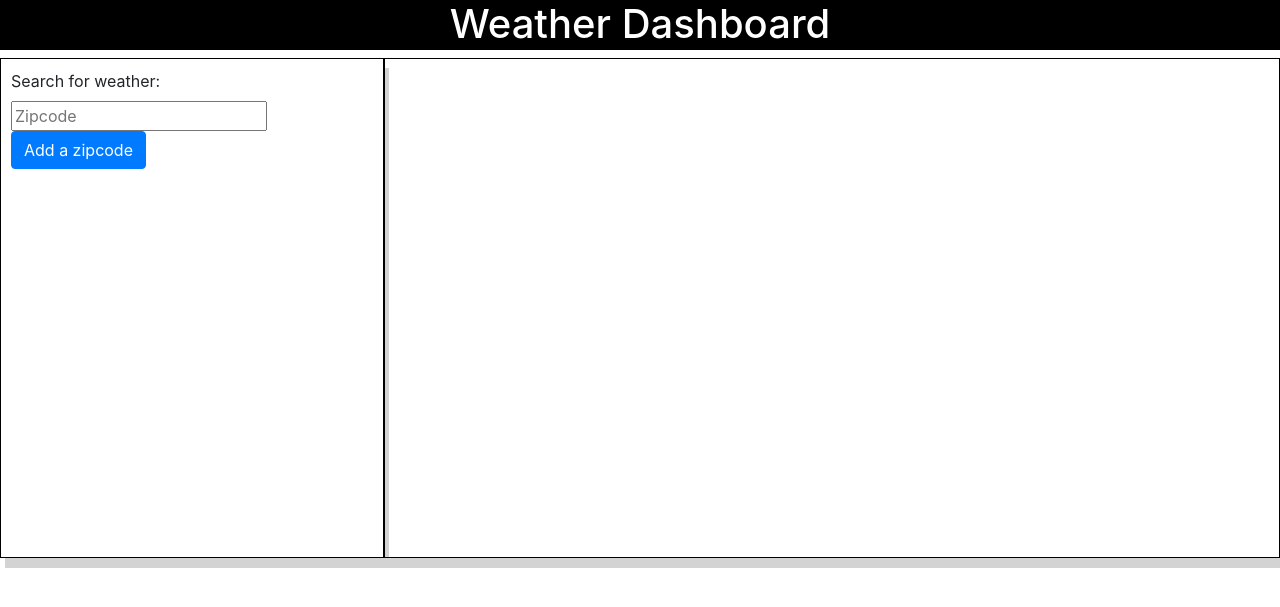
Repository: s88leigh/Weather-Dashboard
Page: index.html
These files come from the project's save history. The page is drawn as it stood at one moment and after the next save; the edit follows.
The browser window is 1280 px wide. The pictures show the whole page.

Above is the page before, as saved 2019-10-30 20:34:18.
Not found: app.js

### index.html
<!DOCTYPE html>
<html lang="en">
<head>
    <meta charset="UTF-8">
    <meta name="viewport" content="width=device-width, initial-scale=1.0">
    <meta http-equiv="X-UA-Compatible" content="ie=edge">
    <link rel="stylesheet" href="https://stackpath.bootstrapcdn.com/bootstrap/4.3.1/css/bootstrap.min.css" integrity="sha384-ggOyR0iXCbMQv3Xipma34MD+dH/1fQ784/j6cY/iJTQUOhcWr7x9JvoRxT2MZw1T" crossorigin="anonymous">
    <link rel="stylesheet" href="style.css">
    <title>Weather Dashboard</title>
</head>
<body>

    <div id="box">
        <h1>Weather Dashboard</h1>
    </div>

    <div id="left-box">
        <form id="weather-form">
            <label for="weather-input">Search for weather:</label>
            <br>
            <input type="text" id="movie-input" placeholder="Zipcode">

            <!-- Button will trigger new zipcode to be added -->
            <input id="add zipcode" class="btn btn-primary mb-2" type="submit" value="Add a zipcode">
        </form>

        <div id="zipcode-view"></div>
    </div>

    <div id="right-box">
        <!-- New city info will go here -->
        <div id="city-info"></div>
    </div>

    <script src=""
    <script src="./app.js"></script>

    </body>

</html>




</body>
</html>

### style.css


h1 {
    border-width: 100%;
    height: 50px;
    color: white;
    text-align: center;
    background-color: black;
}
#left-box {
    float: left;
    width: 30%;
    height: 500px;
    border: 1px solid black;
    padding: 10px;
    box-shadow: 5px 10px lightgray;


}
#right-box {
    float: left;
    width: 70%;
    height: 500px;
    border: 1px solid black;
    padding: 10px;
    box-shadow: 5px 10px lightgray;
}

After the next save:
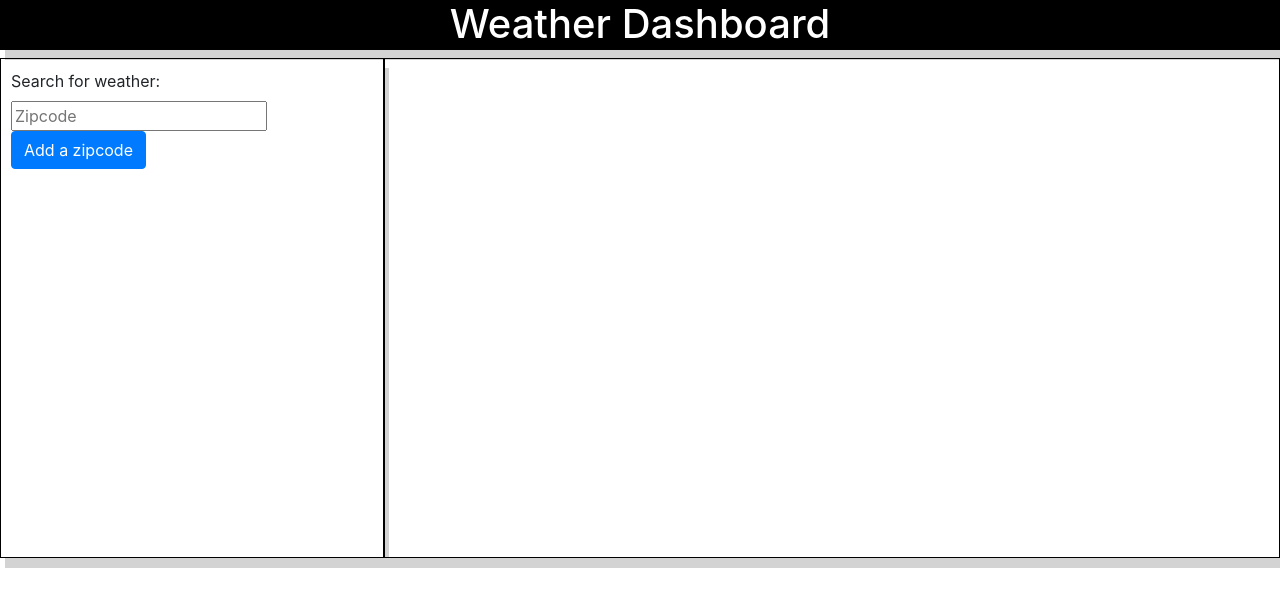
Saved 47 s later.
--- a/style.css
+++ b/style.css
@@ -6,6 +6,7 @@ h1 {
     color: white;
     text-align: center;
     background-color: black;
+    box-shadow: 5px 10px lightgray;
 }
 #left-box {
     float: left;
